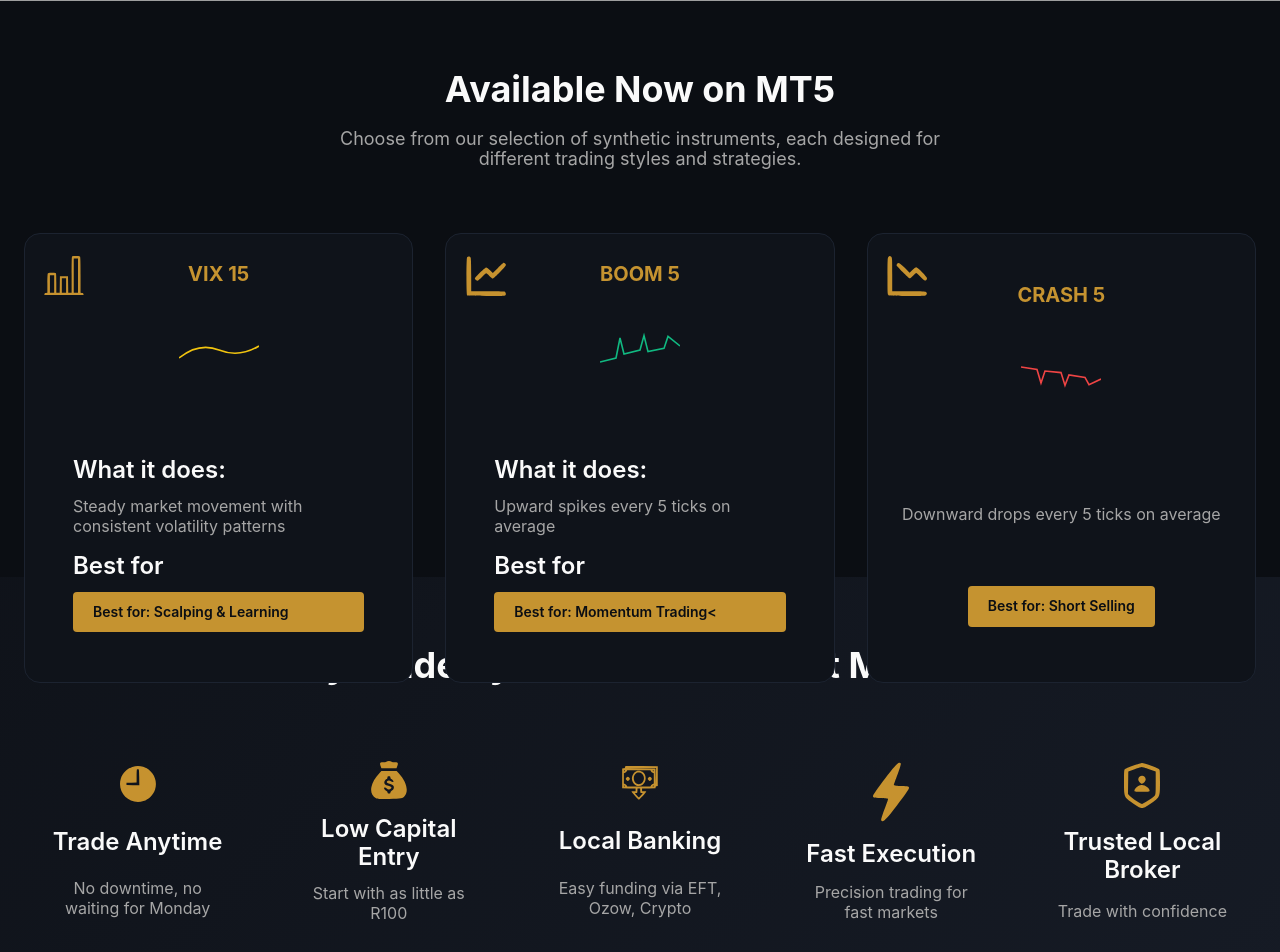
Repository: Jacques-Jaki-Morkel/VaultMarkets_Synthetics
Page: wp-copy/index.HTML
An editor plug-in stored every save of this project. The page is shown before and after the next save, followed by the edit.
The browser window is 1280 px wide. The pictures show the part of the page from y = 1265 to 2217 px (the page is 4689 px tall).
Pictures or frames that could not be fetched are drawn as grey boxes.

Above is the page before, as saved 2025-08-01 14:39:12.

After the next save:
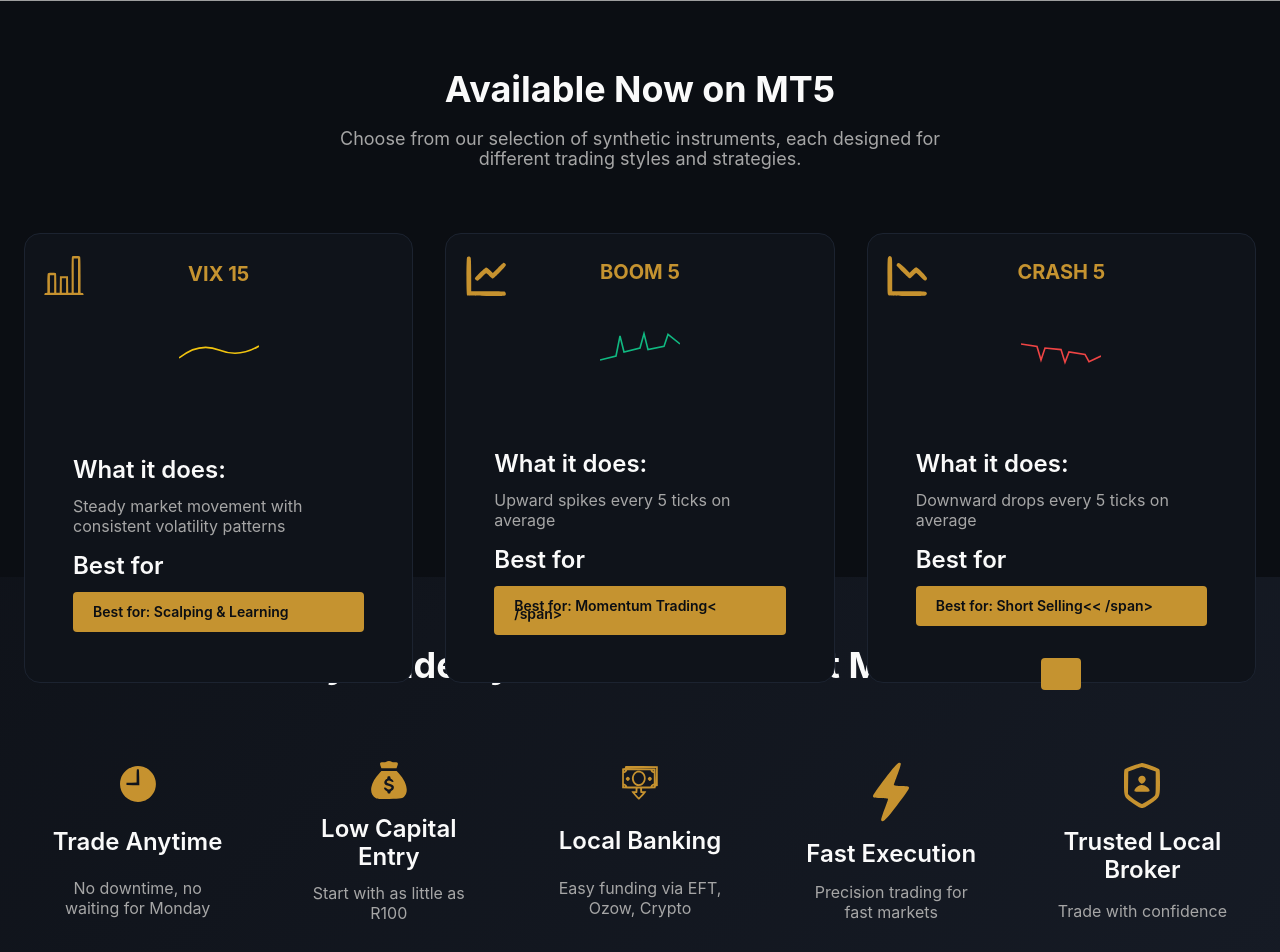
Saved 38 s later.
--- a/wp-copy/index.HTML
+++ b/wp-copy/index.HTML
@@ -36,7 +36,8 @@
         <div class="vm-container vm-con-col">
             <div class="vm-section-header">
                 <h2>Markets Built for Traders, <span class="span-gradinet">by Traders</span> </h2>
-                <p>Synthetic Indices are computer‑generated markets that move just like real markets — but they're not tied to real‑world events. That means:</p>
+                <p>Synthetic Indices are computer‑generated markets that move just like real markets — but they're not
+                    tied to real‑world events. That means:</p>
             </div>
 
             <div class="vm-benefits-grid">
@@ -46,12 +47,14 @@
                     <p>Trade 24/7, even weekends & public holidays</p>
                 </div>
                 <div class="vm-benefit-card">
-                    <div class="vm-benefit-icon"><img class="icons-size" src="/assets/Icons/constant-volatility.svg"></div>
+                    <div class="vm-benefit-icon"><img class="icons-size" src="/assets/Icons/constant-volatility.svg">
+                    </div>
                     <h3>Consistent Action</h3>
                     <p>No sudden market shocks from the news</p>
                 </div>
                 <div class="vm-benefit-card">
-                    <div class="vm-benefit-icon"><img class="icons-size" src="/assets/Icons/predictable-structure.svg"></div>
+                    <div class="vm-benefit-icon"><img class="icons-size" src="/assets/Icons/predictable-structure.svg">
+                    </div>
                     <h3>Predictable Structure</h3>
                     <p>Easy to study & learn patterns</p>
                 </div>
@@ -62,7 +65,8 @@
                 </div>
             </div>
 
-            <p class="vm-vault-advantage">Trade them exactly like Forex or CFDs on MT5, with the Vault Markets advantage: low spreads, lightning‑fast execution, and trusted local support.
+            <p class="vm-vault-advantage">Trade them exactly like Forex or CFDs on MT5, with the Vault Markets
+                advantage: low spreads, lightning‑fast execution, and trusted local support.
 
             </p>
         </div>
@@ -90,9 +94,10 @@
                     </div>
                     <div class="vm-instrument-heading">
                         <h3 class="vm-instrument-title">What it does:</h3>
-                    <p class="vm-instrument-description">Steady market movement with consistent volatility patterns</p>
-                    <h3 class="vm-instrument-title">Best for</h3>
-                    <span class="vm-best-for">Best for: Scalping & Learning</span>
+                        <p class="vm-instrument-description">Steady market movement with consistent volatility patterns
+                        </p>
+                        <h3 class="vm-instrument-title">Best for</h3>
+                        <span class="vm-best-for">Best for: Scalping & Learning</span>
                     </div>
                 </div>
 
@@ -109,9 +114,9 @@
                     </div>
                     <div class="vm-instrument-heading">
                         <h3 class="vm-instrument-title">What it does:</h3>
-                    <p class="vm-instrument-description">Upward spikes every 5 ticks on average</p>
-                    <h3 class="vm-instrument-title">Best for</h3>
-                    <span class="vm-best-for">Best for: Momentum Trading<</span>
+                        <p class="vm-instrument-description">Upward spikes every 5 ticks on average</p>
+                        <h3 class="vm-instrument-title">Best for</h3>
+                        <span class="vm-best-for">Best for: Momentum Trading< /span>
                     </div>
 
                 </div>
@@ -127,8 +132,14 @@
                             </svg>
                         </div>
                     </div>
-                    <p class="vm-instrument-description">Downward drops every 5 ticks on average</p>
-                    <span class="vm-best-for">Best for: Short Selling</span>
+                    <div class="vm-instrument-heading">
+                        <h3 class="vm-instrument-title">What it does:</h3>
+                        <p class="vm-instrument-description">Downward drops every 5 ticks on average</p>
+                        <h3 class="vm-instrument-title">Best for</h3>
+                        <span class="vm-best-for">Best for: Short Selling<< /span>
+                    </div>
+                    <p class="vm-instrument-description"></p>
+                    <span class="vm-best-for"></span>
                 </div>
             </div>
         </div>
